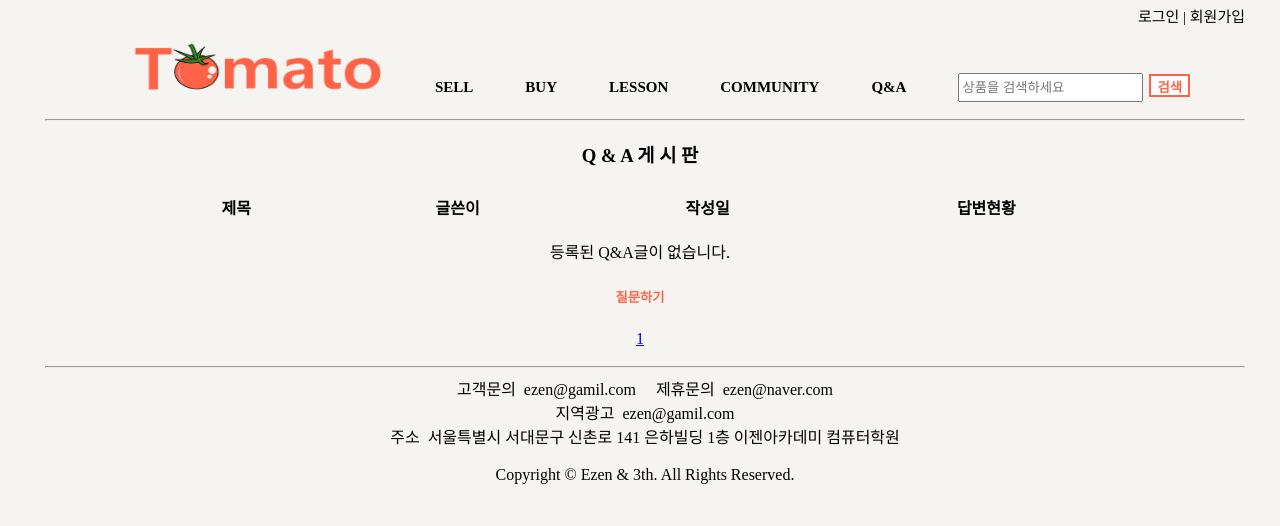
Repository: javadogfoot/semi-project
Page: http://localhost/tomato/qna/qnaList.jsp?cp=1
An editor plug-in stored every save of this project. The page is shown before and after the next save, followed by the edit.
The browser window is 1280 px wide. The pictures show the whole page.
The page is served by Tomcat 9. Other server files are loaded and not shown. Queries for data that is not in the repository find no rows.

Above is the page before, as saved 2021-10-18 07:48:35.

### semi프로젝트워크스페이스/tomato/src/main/webapp/qna/qnaList.jsp
<%@ page language="java" contentType="text/html; charset=UTF-8"
    pageEncoding="UTF-8"%>
<%@ page import="java.util.*" %>
<%@ page import="tomato.qna.*" %>
<jsp:useBean id="qdao" class="tomato.qna.QnaDAO" scope="session"></jsp:useBean>
<!DOCTYPE html>
<html>
<head>
<meta charset="UTF-8">
<title>Insert title here</title>
<link rel="stylesheet" type="text/css" href="/tomato/css/mainLayout.css">
<style>
h3{
	text-align: center;
}
#table{
	margin: 0px auto;
	width: 1000px;
	border-collapse: collapse;
}
#table th{
	border-bottom: 1px solid FEEFE9;
	border-top: 2px solid FEEFE9;
	padding: 10px;
}
#table td{
	padding: 10px;
}
#joinbtnq {
   background: #f5f4f0;
   color: tomato;
   font-weight: bold;
   height: 23px;
   margin: 2px;
   border: none;
}
#joinbtnq:hover {
   background-color: tomato;
   color: white;
   font-weight: bold;
   height: 23px;
   margin: 2px;
   border: none;
  }
</style>
</head>
<%
int totalCnt=qdao.getTotalCnt();//총게시물 수
int listSize=20;//보여줄 리스트 수
int pageSize=5;//보여줄 페이지 수

String cp_s=request.getParameter("cp");
if(cp_s==null||cp_s.equals("")){
   cp_s="1";
}

int cp=Integer.parseInt(cp_s);//사용자 위치

int totalPage=(totalCnt/listSize)+1;
if(totalCnt%listSize==0)totalPage--;


int userGroup=cp/pageSize;
if(cp%pageSize==0)userGroup--;
%>
<body>
<%@include file="/header.jsp" %>
<section>
	<article>
		<h3>Q & A 게 시 판</h3>
		<table id="table">
			<thead>
				<tr>
					<th colspan="2">제목</th>
					<th>글쓴이</th>
					<th>작성일</th>
					<th>답변현황</th>
				</tr>
			</thead>
			<tfoot>
				<tr>
					<td colspan="5" align="center"><input type="button" value="질문하기" id="joinbtnq" onclick="location.href='qnaWrite.jsp'"></td>
				</tr>
				<tr>
					<td colspan="5" align="center">
					<%
					if(userGroup!=0){
					   %>
					   <a href="qnaList.jsp?cp=<%=(userGroup-1)*pageSize+pageSize%>">&lt;&lt;</a>
					   <%
					}
					%>
					<%
					for(int i=userGroup*pageSize+1;i<=userGroup*pageSize+pageSize;i++){
					   %>&nbsp;&nbsp;&nbsp;<a href="qnaList.jsp?cp=<%=i%>"><%=i%></a>&nbsp;&nbsp;&nbsp;<%
					   if(i==totalPage){
					      break;
					   }
					}
					%>
					<%
					if(userGroup!=(totalPage/pageSize)-(totalPage%pageSize==0?1:0)){
					   %>
					   <a href="qnaList.jsp?cp=<%=(userGroup+1)*pageSize+1%>">&gt;&gt;</a>
					   <%
					}
					%>
					</td>
				</tr>
			</tfoot>
			<tbody>
			<%
			ArrayList<QnaDTO> arr=qdao.qnaList(cp,listSize);
			if(arr==null||arr.size()==0){
				%>
				<tr>
					<td colspan="5" align="center">등록된 Q&A글이 없습니다.</td>
				</tr>
				<%
			}else {
				for(int i=0;i<arr.size();i++){
					%>
					<tr>
						<td><%=arr.get(i).getQ_idx() %></td>
						<td>
						<%
						for(int k=0;k<arr.get(i).getQ_lev();k++){
							out.println("&nbsp;&nbsp;");
						}
						%>
						<a href="qnaContent.jsp?q_idx=<%=arr.get(i).getQ_idx() %>">
						<%=arr.get(i).getQ_sub()%></a></td>
						<td><%=arr.get(i).getM_id() %></td>
						<td><%=arr.get(i).getQ_joindate() %></td>
						<td><%=arr.get(i).getQ_status() %></td>
					</tr>
					<%
				}
			}
			%>
			</tbody>
		</table>
	</article>
</section>
<%@include file="/footer.jsp" %>
</body>
</html>

### semi프로젝트워크스페이스/tomato/src/main/webapp/header.jsp
<%@ page language="java" contentType="text/html; charset=UTF-8"
    pageEncoding="UTF-8"%>
<!DOCTYPE html>
<html>
<head>
<meta charset="UTF-8">
<title>Insert title here</title>
<style>

#btn1{
   background-color: white;
   color: tomato;
   font-weight: bold;
   height:23px;
   border: none;
   margin:2px;
   border: 2px solid tomato;
}
#btn1:hovertn1{
   background-color: tomato;
   color: white;
   font-weight: bold;
   height:23px;
   border: none;
   margin:2px;
   border: 2px solid tomato;
}
</style>
</head>
<body>
<header>
<%
String m_id=(String)session.getAttribute("m_id");
String m_name=(String)session.getAttribute("m_name");
if(m_id==null){
   %>
   <div>
   <a href="/tomato/member/login.jsp">로그인</a> | <a href="/tomato/member/join.jsp">회원가입</a>
   </div>
   <%
}else{
      %>
   <div>
   <%
   if(m_id.equals("admin")){
      %>
      <a href="/tomato/admin/memberList_admin.jsp"><%=m_name %>님 마이페이지</a> |
      <%
   }else{
      %>
      <a href="/tomato/member/mypage.jsp"><%=m_name %>님 마이페이지</a> |
      <%
   }
   %>
   <a href="/tomato/member/logout.jsp">로그아웃</a>
   </div>
   <%
}
%>
<nav>
<ul>
   <li><h1><a href="/tomato/index.jsp"><img src="/tomato/img/토마토_메인로고.png" alt="메인로고" height="50px" width="250px"></a></h1></li>
   <li><h2><a href="/tomato/sell/sell.jsp">SELL</a></h2></li>
   <li><h2><a href="/tomato/buy/buyList.jsp?col=s_idx&range=desc">BUY</a></h2></li>
   <li><h2><a href="/tomato/lesson/lessonList.jsp">LESSON</a></h2></li>
   <li><h2><a href="/tomato/community/community.jsp">COMMUNITY</a></h2></li>
   <li><h2><a href="/tomato/qna/qnaList.jsp">Q&A</a></h2></li>
   <li>
		<form name="headerSearch" action="/tomato/buy/headerBuySearch.jsp" style="display: inline;">
			<input type="text" name="searchValue" placeholder="상품을 검색하세요">
			<input type="submit" value="검색" id="btn1">
		</form>
	</li>
</ul>
</nav>
<hr/>
</header>
</body>
</html>

### semi프로젝트워크스페이스/tomato/src/main/webapp/footer.jsp
<%@ page language="java" contentType="text/html; charset=UTF-8"
    pageEncoding="UTF-8"%>
<!DOCTYPE html>
<html>
<head>
<meta charset="UTF-8">
<title>Insert title here</title>
</head>
<body>
<footer>
<hr/>
<div>
고객문의&nbsp;&nbsp;ezen@gamil.com &nbsp;&nbsp;&nbsp;&nbsp;제휴문의&nbsp;&nbsp;ezen@naver.com
<br/>
지역광고&nbsp;&nbsp;ezen@gamil.com
<br/>
주소&nbsp;&nbsp;서울특별시 서대문구 신촌로 141 은하빌딩 1층 이젠아카데미 컴퓨터학원
</div>
<br/>
<div>Copyright &copy; Ezen & 3th. All Rights Reserved.</div>
</footer>
</body>
</html>

### semi프로젝트워크스페이스/tomato/src/main/java/tomato/qna/QnaDAO.java
package tomato.qna;

import java.sql.*;
import java.util.ArrayList;
import javax.naming.*;
import javax.sql.*;

import tomato.db.TomatoDB;

public class QnaDAO {

	private Connection conn;
	private PreparedStatement ps;
	private ResultSet rs;

	public QnaDAO() {
		// TODO Auto-generated constructor stub
	}

	/**ref 마지막 값 구하기 관련 메서드*/
	public int getMaxRef() {
		try {
			String sql="select max(q_ref) from tomato_qna";
			ps=conn.prepareStatement(sql);
			rs=ps.executeQuery();
			int q_ref=0;
			if(rs.next()) {
				q_ref=rs.getInt(1);
			}
			return q_ref;
		} catch (Exception e) {
			e.printStackTrace();
			return 0;
		}finally {
			try {
				if(rs!=null)rs.close();
				if(ps!=null)ps.close();
			} catch (Exception e2) {
				// TODO: handle exception
			}
		}
	}

	/**글 쓰기 관련 메서드*/
	public int qnaWrite(QnaDTO dto,String m_id) {
		try {
			conn=tomato.db.TomatoDB.getConn();
			int q_ref=getMaxRef();
			String sql="insert into tomato_qna values((select m_idx from tomato_member where m_id=?),tomato_qna_q_idx.nextval,?,?,sysdate,'미완료',?,0,0)";
			ps=conn.prepareStatement(sql);
			ps.setString(1, m_id);
			ps.setString(2, dto.getQ_sub());
			ps.setString(3, dto.getQ_con());
			ps.setInt(4, q_ref+1);

			int count=ps.executeUpdate();
			return count;
		} catch (Exception e) {
			// TODO: handle exception
			e.printStackTrace();
			return -1;
		}finally {
			try {
				if(ps!=null)ps.close();
				if(conn!=null)conn.close();
			} catch (Exception e2) {
				// TODO: handle exception
			}
		}
	}

	/**순번 수정 관련 메서드*/
	public void updateSun(int q_ref,int q_sunbun) {
		try {
			String sql="update tomato_qna set q_sunbun=q_sunbun+1 where q_ref=? and q_sunbun>=?";
			ps=conn.prepareStatement(sql);
			ps.setInt(1, q_ref);
			ps.setInt(2, q_sunbun);
			ps.executeUpdate();
		} catch (Exception e) {
			e.printStackTrace();
		}finally {
			try {
				if(ps!=null)ps.close();
			} catch (Exception e2) {
				// TODO: handle exception
			}
		}
	}

	/**답변 글쓰기 관련 메서드*/
	public int qnaReWrite(QnaDTO dto) {
		try {
			conn=tomato.db.TomatoDB.getConn();
			updateSun(dto.getQ_ref(),dto.getQ_sunbun()+1);
			String sql="insert into tomato_qna values(1,tomato_qna_q_idx.nextval,?,?,sysdate,' ',?,?,?)";
			ps=conn.prepareStatement(sql);
			ps.setString(1, dto.getQ_sub());
			ps.setString(2, dto.getQ_con());
			ps.setInt(3, dto.getQ_ref());
			ps.setInt(4, dto.getQ_lev()+1);
			ps.setInt(5, dto.getQ_sunbun()+1);
			int count=ps.executeUpdate();
			return count;
		} catch (Exception e) {
			e.printStackTrace();
			return -1;
		}finally {
			try {
				if(ps!=null)ps.close();
				if(conn!=null)conn.close();
			} catch (Exception e2) {
				// TODO: handle exception
			}
		}
	}

	/**답변시 답변완료로 바꾸는 메서드*/
	public void recomplete(int q_idx) {
		try {
			conn=tomato.db.TomatoDB.getConn();
			String sql="update tomato_qna set q_status='답완료' where q_idx=?";
			ps=conn.prepareStatement(sql);
			ps.setInt(1, q_idx);
			ps.executeUpdate();
		} catch (Exception e) {
			// TODO: handle exception
			e.printStackTrace();
		}finally {
			try {
				if(ps!=null)ps.close();
				if(conn!=null)conn.close();
			} catch (Exception e2) {
				// TODO: handle exception
			}
		}
	}

	/**총 게시물 수 반환 관련 메서드*/
	public int getTotalCnt() {
		try {
			conn=tomato.db.TomatoDB.getConn();
			String sql="select count (*) from tomato_qna";
			ps=conn.prepareStatement(sql);
			rs=ps.executeQuery();
			rs.next();
			int count=rs.getInt(1);
			return count==0?1:count;
		} catch (Exception e) {
			e.printStackTrace();
			return 1;
		}finally {
			try {
				if(rs!=null)rs.close();
				if(ps!=null)ps.close();
				if(conn!=null)conn.close();
			} catch (Exception e2) {
				// TODO: handle exception
			}
		}
	}
	/**글 목록 보기 관련 메서드 no페이징*/
	public ArrayList<QnaDTO> qnaList2() {
		try {
			conn=tomato.db.TomatoDB.getConn();

			String sql="select * from tomato_qna tq "
					+ "left join tomato_member tm on tq.m_idx = tm.m_idx order by q_idx desc";
			ps=conn.prepareStatement(sql);
			rs=ps.executeQuery();
			ArrayList<QnaDTO> arr=new ArrayList<QnaDTO>();
			while(rs.next()) {
				int m_idx=rs.getInt("m_idx");
				int q_idx=rs.getInt("q_idx");
				String q_sub=rs.getString("q_sub");
				String q_con=rs.getString("q_con");
				java.sql.Date q_joindate=rs.getDate("q_joindate");
				String q_status=rs.getString("q_status");
				String m_name=rs.getString("m_name");

				QnaDTO dto=new QnaDTO(m_idx, q_idx, q_sub, q_con, q_joindate, q_status, m_name);
				arr.add(dto);
			}
			return arr;
		} catch (Exception e) {
			e.printStackTrace();
			return null;
		}finally {
			try {
				if(rs!=null)rs.close();
				if(ps!=null)ps.close();
				if(conn!=null)conn.close();
			} catch (Exception e2) {
				// TODO: handle exception
			}
		}
	}


	/**글 목록 보기 관련 메서드 페이징*/
	public ArrayList<QnaDTO> qnaList(int cp, int ls) {
		try {
			conn=tomato.db.TomatoDB.getConn();
			int start=(cp-1)*ls+1;
			int end=cp*ls;
			String sql="select * from (select rownum as rnum,a.* from"
					+ " (select * from tomato_qna tq left join tomato_member tm on tq.m_idx = tm.m_idx order by q_ref desc, q_sunbun asc) a) b"
					+ " where rnum>=? and rnum<=?";
			ps=conn.prepareStatement(sql);
			ps.setInt(1, start);
			ps.setInt(2, end);
			rs=ps.executeQuery();

			ArrayList<QnaDTO> arr=new ArrayList<QnaDTO>();
			while(rs.next()) {
				int m_idx=rs.getInt("m_idx");
				int q_idx=rs.getInt("q_idx");
				String q_sub=rs.getString("q_sub");
				String q_con=rs.getString("q_con");
				java.sql.Date q_joindate=rs.getDate("q_joindate");
				String q_status=rs.getString("q_status");
				int q_ref=rs.getInt("q_ref");
				int q_lev=rs.getInt("q_lev");
				int q_sunbun=rs.getInt("q_sunbun");
				String m_name=rs.getString("m_name");
				String m_id=rs.getString("m_id");

				QnaDTO dto=new QnaDTO(m_idx, m_name, q_idx, q_sub, q_con, q_joindate, q_status, q_ref, q_lev, q_sunbun, m_id);
				arr.add(dto);
			}
			return arr;
		} catch (Exception e) {
			// TODO: handle exception
			e.printStackTrace();
			return null;
		}finally {
			try {
				if(rs!=null)rs.close();
				if(ps!=null)ps.close();
				if(conn!=null)conn.close();
			} catch (Exception e2) {
				// TODO: handle exception
			}
		}

	}

	/**본문 관련 메서드*/
	public QnaDTO qnaContent(int idx) {
		try {
			conn=tomato.db.TomatoDB.getConn();
			String sql="select * from tomato_qna tq left join tomato_member tm on tq.m_idx = tm.m_idx where q_idx=?";
			ps=conn.prepareStatement(sql);
			ps.setInt(1, idx);
			rs=ps.executeQuery();
			QnaDTO dto=null;
			if(rs.next()) {
				int m_idx=rs.getInt("m_idx");
				int q_idx=rs.getInt("q_idx");
				String q_sub=rs.getString("q_sub");
				String q_con=rs.getString("q_con");
				java.sql.Date q_joindate=rs.getDate("q_joindate");
				String q_status=rs.getString("q_status");
				int q_ref=rs.getInt("q_ref");
				int q_lev=rs.getInt("q_lev");
				int q_sunbun=rs.getInt("q_sunbun");
				String m_name=rs.getString("m_name");
				String m_id=rs.getString("m_id");

				dto=new QnaDTO(m_idx, q_idx, q_sub, q_con, q_joindate, q_status, q_ref, q_lev, q_sunbun, m_name, m_id);

			}
			return dto;

		} catch (Exception e) {
			// TODO: handle exception
			e.printStackTrace();
			return null;
		}finally {
			try {
				if(rs!=null)rs.close();
				if(ps!=null)ps.close();
				if(conn!=null)conn.close();
			} catch (Exception e2) {
				// TODO: handle exception
			}
		}

	}
	/**QNA질문글 ref값 추출 메서드*/
	public int getQref(int q_idx) {
		try {
			conn=tomato.db.TomatoDB.getConn();
			String sql="select q_ref from tomato_qna where q_idx=?";
			ps=conn.prepareStatement(sql);
			ps.setInt(1, q_idx);
			rs=ps.executeQuery();
			int q_ref=0;
			if(rs.next()) {
				q_ref=rs.getInt(1);
			}
			return q_ref;

		} catch (Exception e) {
			// TODO: handle exception
			e.printStackTrace();
			return 0;
		}finally {
			try {
				if(rs!=null)rs.close();
				if(ps!=null)ps.close();
				if(conn!=null)conn.close();
			} catch (Exception e2) {
				// TODO: handle exception
			}
		}

	}

	/**QNA질문글 삭제 관련 메서드*/
	public int qnaDel(int q_ref) {
		try {
			conn=tomato.db.TomatoDB.getConn();
			String sql="delete from tomato_qna where q_ref=?";
			ps=conn.prepareStatement(sql);
			ps.setInt(1, q_ref);
			int count=ps.executeUpdate();

			return count;

		} catch (Exception e) {
			// TODO: handle exception
			e.printStackTrace();
			return -1;
		}finally {
			try {
				if(ps!=null)ps.close();
				if(conn!=null)conn.close();
			} catch (Exception e2) {
				// TODO: handle exception
			}
		}
	}

	/**관리자 답변글 삭제 관련 메서드*/
	public int qnaDelAdmin(int idx) {
		try {
			conn=tomato.db.TomatoDB.getConn();
			String sql="delete from tomato_qna where q_idx=?";
			ps=conn.prepareStatement(sql);
			ps.setInt(1, idx);
			int count=ps.executeUpdate();
			return count;
		} catch (Exception e) {
			// TODO: handle exception
			e.printStackTrace();
			return -1;
		}finally {
			try {
				if(ps!=null)ps.close();
				if(conn!=null)conn.close();
			} catch (Exception e2) {
				// TODO: handle exception
			}
		}

	}

	/**Q&A질문 키워드 검색 관련 메서드*/
	public ArrayList<QnaDTO> keywordFind(String keyword){
		try {

			conn=tomato.db.TomatoDB.getConn();
			String sql="select * from tomato_qna tq left join tomato_member tm on tq.m_idx = tm.m_idx where q_sub like '%"+keyword+"%'";
			ps=conn.prepareStatement(sql);
			rs=ps.executeQuery();
			ArrayList<QnaDTO> arr=new ArrayList<QnaDTO>();
			while(rs.next()) {
				int m_idx=rs.getInt("m_idx");
				int q_idx=rs.getInt("q_idx");
				String q_sub=rs.getString("q_sub");
				String q_con=rs.getString("q_con");
				java.sql.Date q_joindate=rs.getDate("q_joindate");
				String q_status=rs.getString("q_status");
				int q_ref=rs.getInt("q_ref");
				int q_lev=rs.getInt("q_lev");
				int q_sunbun=rs.getInt("q_sunbun");
				String m_name=rs.getString("m_name");
				String m_id=rs.getString("m_id");

				QnaDTO dto=new QnaDTO(m_idx, q_idx, q_sub, q_con, q_joindate, q_status, q_ref, q_lev, q_sunbun, m_name, m_id);
				arr.add(dto);
			}
			return arr;
		} catch (Exception e) {
			// TODO: handle exception
			e.printStackTrace();
			return null;
		}finally {
			try {
				if(rs!=null)rs.close();
				if(ps!=null)ps.close();
				if(conn!=null)conn.close();
			} catch (Exception e2) {
				// TODO: handle exception
			}
		}
	}

	/**마이페이지 내글 목록 조회 관련 메서드*/
	public ArrayList<QnaDTO> mypageQna(int idx, int cp, int ls) {
		try {
			conn=tomato.db.TomatoDB.getConn();
			int start=(cp-1)*ls+1;
			int end=cp*ls;
			String sql="select * from (select rownum as rnum,a.* from"
					+ " (select * from tomato_qna where m_idx=? order by q_ref desc, q_sunbun asc) a) b"
					+ " where rnum>=? and rnum<=?";
			ps=conn.prepareStatement(sql);
			ps.setInt(1, idx);
			ps.setInt(2, start);
			ps.setInt(3, end);
			rs=ps.executeQuery();

			ArrayList<QnaDTO> arr=new ArrayList<QnaDTO>();
			while(rs.next()) {
				int m_idx=rs.getInt("m_idx");
				int q_idx=rs.getInt("q_idx");
				String q_sub=rs.getString("q_sub");
				String q_con=rs.getString("q_con");
				java.sql.Date q_joindate=rs.getDate("q_joindate");
				String q_status=rs.getString("q_status");
				int q_ref=rs.getInt("q_ref");
				int q_lev=rs.getInt("q_lev");
				int q_sunbun=rs.getInt("q_sunbun");

				QnaDTO dto=new QnaDTO(m_idx, q_idx, q_sub, q_con, q_joindate, q_status, q_ref, q_lev, q_sunbun);
				arr.add(dto);
			}
			return arr;
		} catch (Exception e) {
			// TODO: handle exception
			e.printStackTrace();
			return null;
		}finally {
			try {
				if(rs!=null)rs.close();
				if(ps!=null)ps.close();
				if(conn!=null)conn.close();
			} catch (Exception e2) {
				// TODO: handle exception
			}
		}

	}


}

### semi프로젝트워크스페이스/tomato/src/main/java/tomato/db/TomatoDB.java
package tomato.db;

import java.sql.*;
import javax.sql.*;
import javax.naming.*;

public class TomatoDB {

	static DataSource ds;

	static{
		try {
		Context initContext = new InitialContext();
		Context envContext  = (Context)initContext.lookup("java:/comp/env");
		ds = (DataSource)envContext.lookup("jdbc/myoracle");
		}catch(Exception e) {
			e.printStackTrace();
		}
	}

	public static Connection getConn() throws Exception{
		return ds.getConnection();
	}
}

### semi프로젝트워크스페이스/tomato/src/main/webapp/css/mainLayout.css
@charset "UTF-8";
body{
   background-color: #f5f4f0;
   margin: 5px auto;
   width: 1200px;
}
header{
   width: 1200px;
   margin: 5px;
}
header div{
   text-align: right;
   font-size: 15px;
}
header div a{
   color: black;
   text-decoration: none;
}
header div a:hover{
   color: black;
   text-decoration: underline;
}
h1{
   font-size: 45px;
   color: tomato;
   display: inline;
}
h1 a{
   text-decoration: none;
   color: tomato;
}
h2{
   color: black;
   display: inline;
   font-size: 15px;
}
h2 a{
   text-decoration: none;
   color: black;
}
header nav li{
   list-style-type: none;
   display: inline;
   color: black;
   margin-left: 48px;
}
header input{

   height: 23px;
}
section{
   width: 1200px;
}
footer{
   width: 1200px;
   clear: both;
   margin: 5px;
   text-align: center;
}

After the next save:
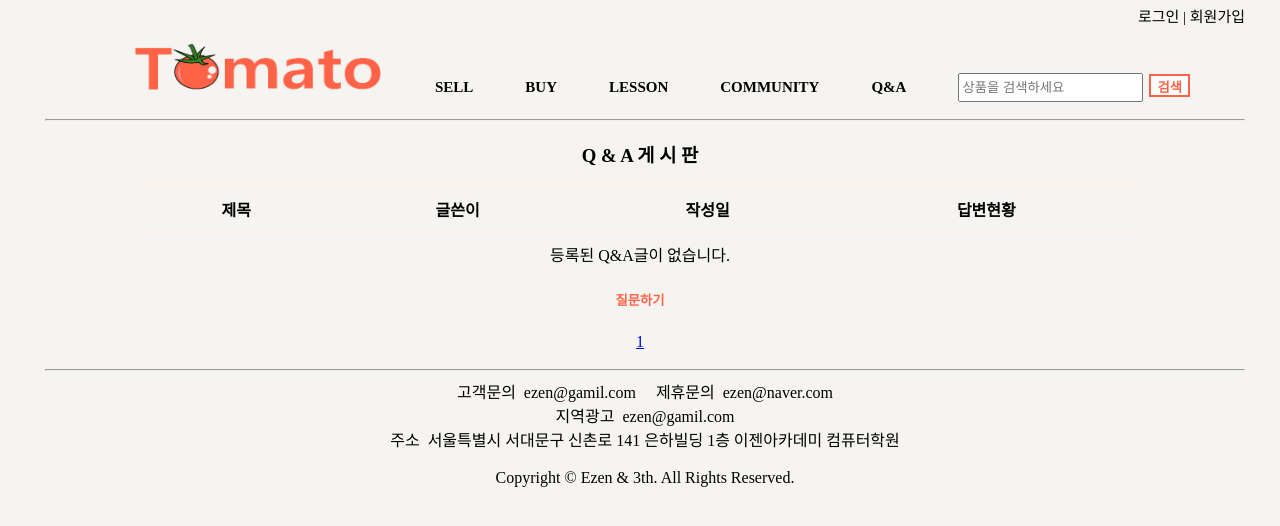
Saved 8 s later.
--- a/semi프로젝트워크스페이스/tomato/src/main/webapp/qna/qnaList.jsp
+++ b/semi프로젝트워크스페이스/tomato/src/main/webapp/qna/qnaList.jsp
@@ -19,8 +19,8 @@ h3{
 	border-collapse: collapse;
 }
 #table th{
-	border-bottom: 1px solid FEEFE9;
-	border-top: 2px solid FEEFE9;
+	border-bottom: 1px solid #FEEFE9;
+	border-top: 2px solid #FEEFE9;
 	padding: 10px;
 }
 #table td{
